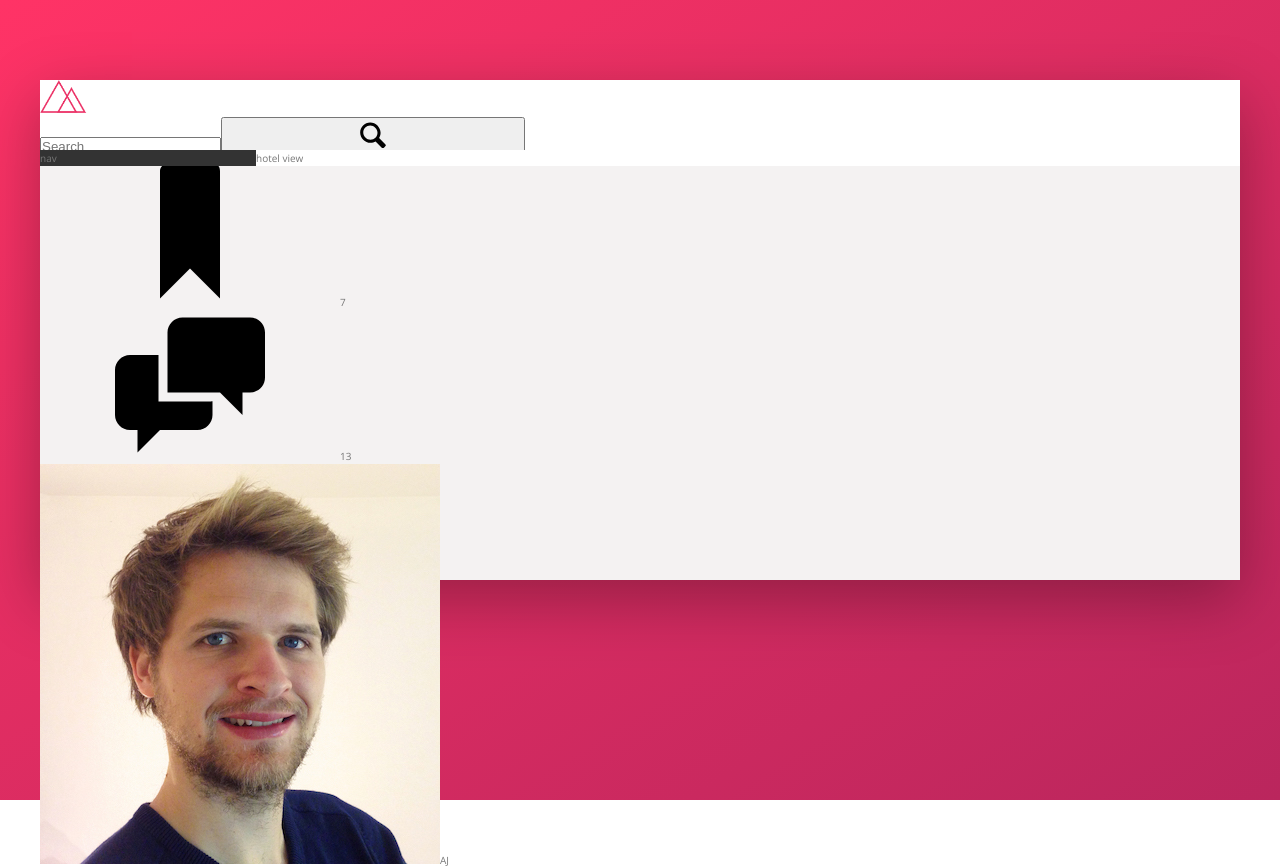
Repository: ajayaj2001/modern-Hotel
Page: /
These files come from the project's save history. The page is drawn as it stood at one moment and after the next save; the edit follows.
The browser window is 1280 px wide. The pictures show the whole page.
The project was rebuilt for these pictures with package versions that can differ from the ones it lists, and the page was loaded fresh each time.

Above is the page before, as saved 2020-12-12 23:56:08.

After the next save:
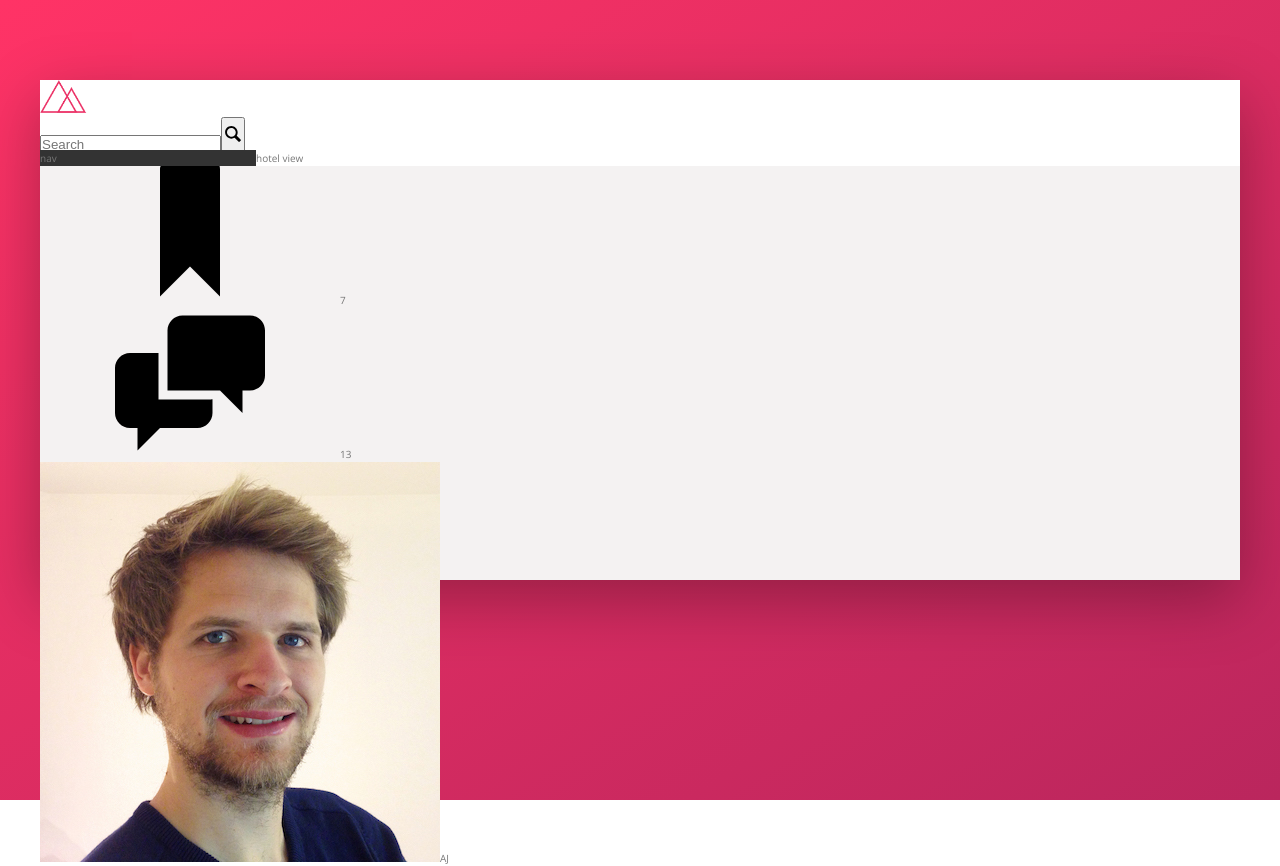
Saved 26 s later.
--- a/src/header/Header.scss
+++ b/src/header/Header.scss
@@ -12,7 +12,8 @@
     &__button {
     }
     &__icon {
-        height: 3.25rem;
+        height: 3rem;
+        width: 2rem;
     }
 }
 
